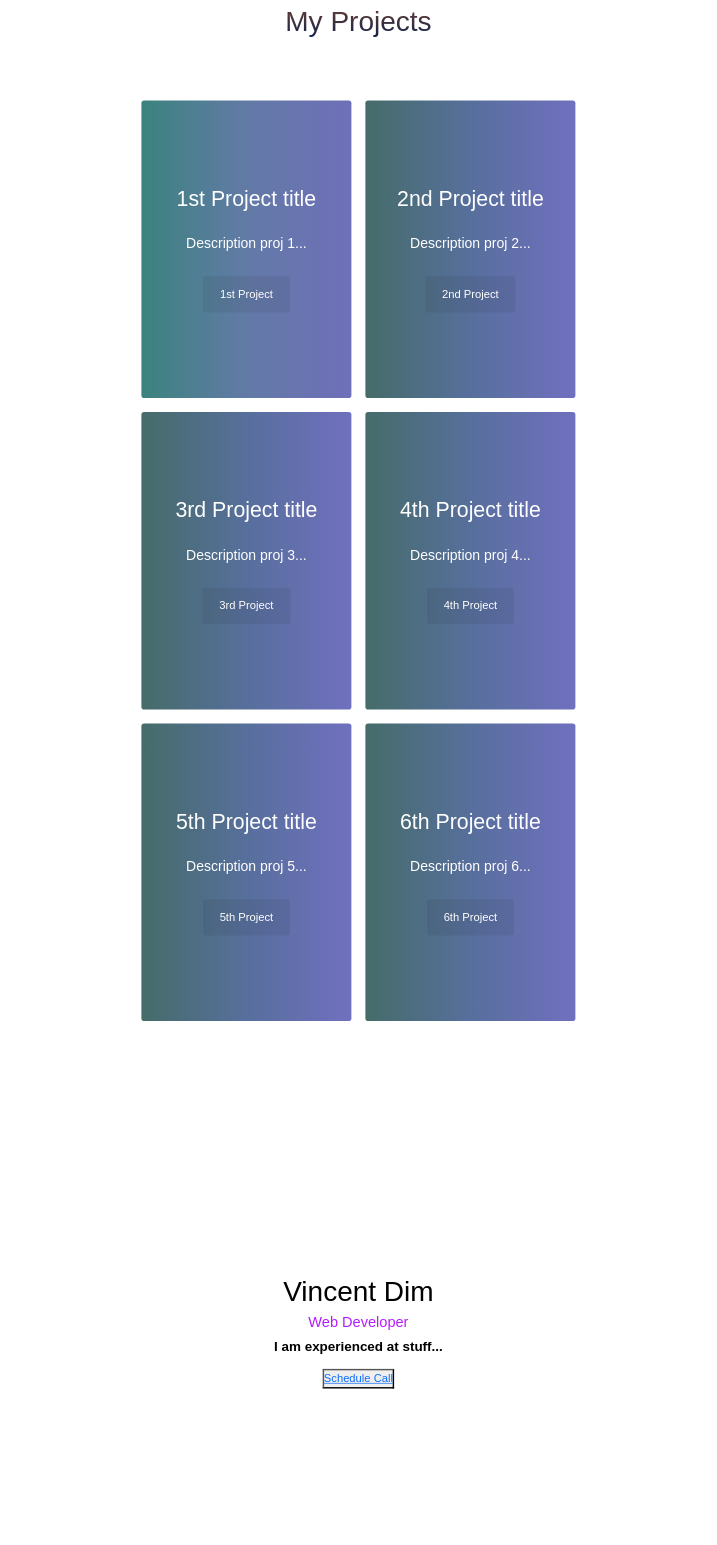
Repository: dvynchi/profile-2022
Page: index.html
These files come from the project's save history. The page is drawn as it stood at one moment and after the next save; the edit follows.
The browser window is 1024 px wide. The pictures show the part of the page from y = 1112 to 3352 px (the page is 3319 px tall before and 3352 px after), at 70% of full size.
A picture or video elsewhere on the page could not be fetched, so the positions and the page height are approximate. Some web libraries are served in a nearby version.

Above is the page before, as saved 2022-08-15 13:14:45.

After the next save:
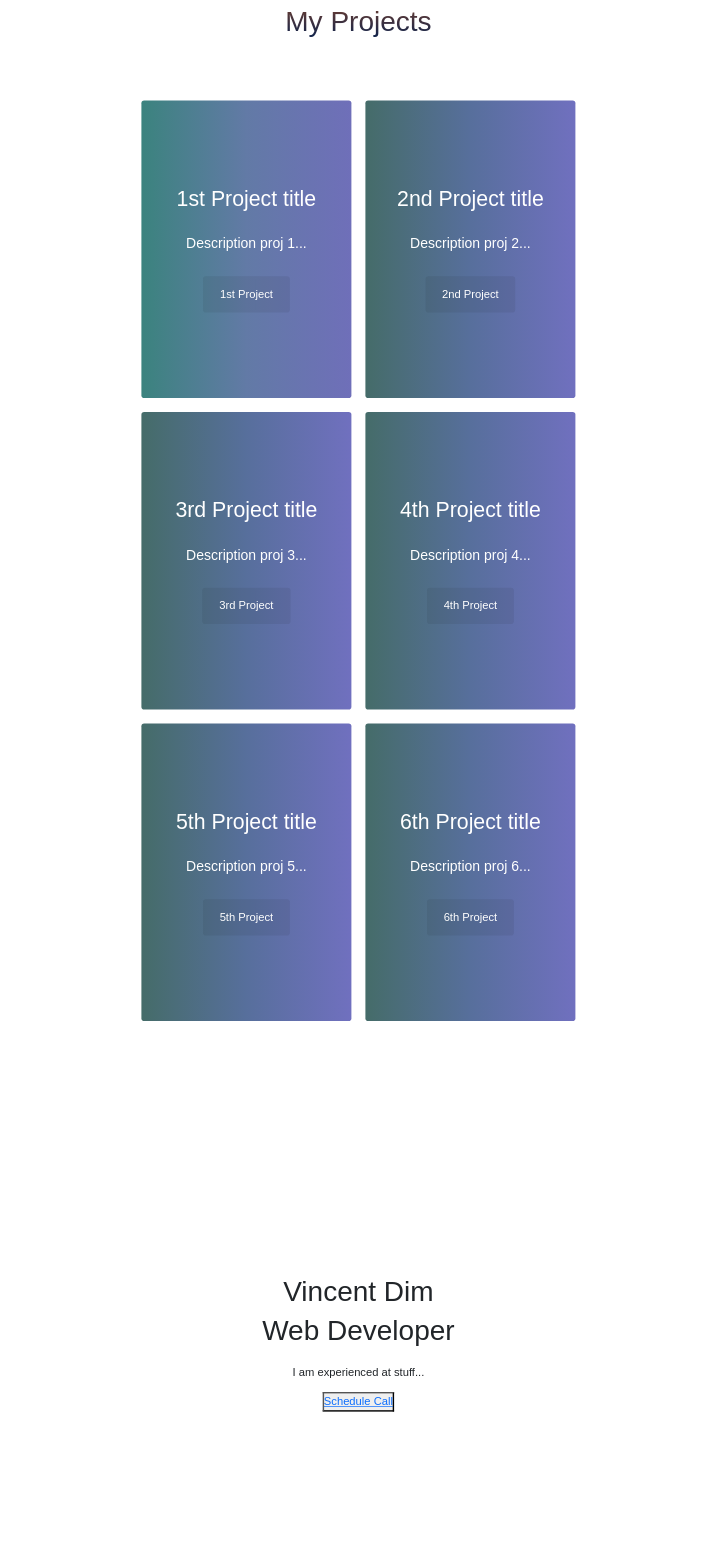
Saved 4 min 40 s later.
--- a/styles.css
+++ b/styles.css
@@ -262,18 +262,6 @@
         height: 90%;
     }
 
-    /* .main_img--container
-    {
-        display: flex;
-        justify-content: center;
-    }
-
-    .main_img--card
-    {
-        height: 425px;
-        width: 425px;
-    } */
-
     .main_content
     {
         text-align: center;
@@ -428,7 +416,7 @@
 
 /******************************************* CONTACT SECTION ***********************************************/
 
-.main_content {
+/* .main_content {
     color:rgb(0, 0, 0);
     width: 100%;
 }
@@ -465,4 +453,4 @@ main_content h1
     margin-top: 0.6rem;
     font-size: 1.2rem;
     font-weight: 700;
-}
+} */
